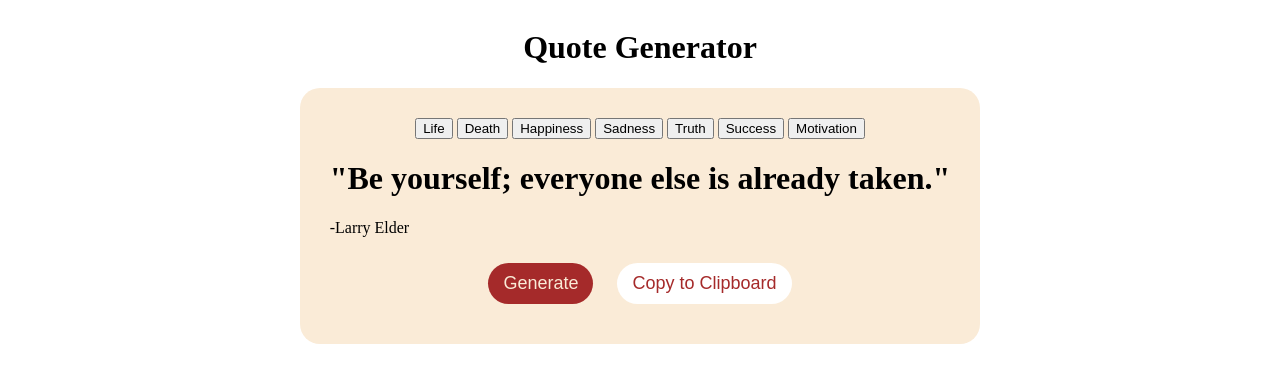
Repository: moehaymanmyint/Random-Quote-Generator
Page: index.html
An editor plug-in stored every save of this project. The page is shown before and after the next save, followed by the edit.
The browser window is 1280 px wide. The pictures show the whole page.

Above is the page before, as saved 2024-11-05 22:22:26.

### index.html
<!DOCTYPE html>
<html lang="en">
<head>
    <meta charset="UTF-8">
    <meta name="viewport" content="width=device-width, initial-scale=1.0">
    <title>Quote Generator</title>
    <link rel="stylesheet" href="style.css">
</head>
<body>
    <div class="container">
        <h1>Quote Generator</h1>
        <div class="quote-box">
            <div class="category">
                <input type="button" value="Life">
                <input type="button" value="Death">
                <input type="button" value="Happiness">
                <input type="button" value="Sadness">
                <input type="button" value="Truth">
                <input type="button" value="Success">
                <input type="button" value="Motivation">
            </div>
            <div class="quote">
                <h1>"Be yourself; everyone else is already taken."</h1>
                <p>-Larry Elder</p>
            </div>
            <div class="btn">
                <button class="generate-btn">Generate</button>
                <button class="copy-btn">Copy to Clipboard</button>
            </div>
        </div>
    </div>
</body>
</html>

### style.css
.container{
    display: flex;
    flex-direction: column;
    align-items: center;
}

.quote-box{
    background-color: antiquewhite;
    padding: 30px;
    display: flex;
    flex-direction: column;
    align-items: center;
    border-radius: 20px;
}

.generate-btn{
    padding: 10px 15px;
    border: none;
    border-radius: 40px;
    background-color: brown;
    color: antiquewhite;
    margin: 10px;
    cursor: pointer;
    font-size: 18px;
}

.copy-btn{
    padding: 10px 15px;
    border: none;
    border-radius: 40px;
    background-color: white;
    color: brown;
    margin: 10px;
    cursor: pointer;
    font-size: 18px;
}

After the next save:
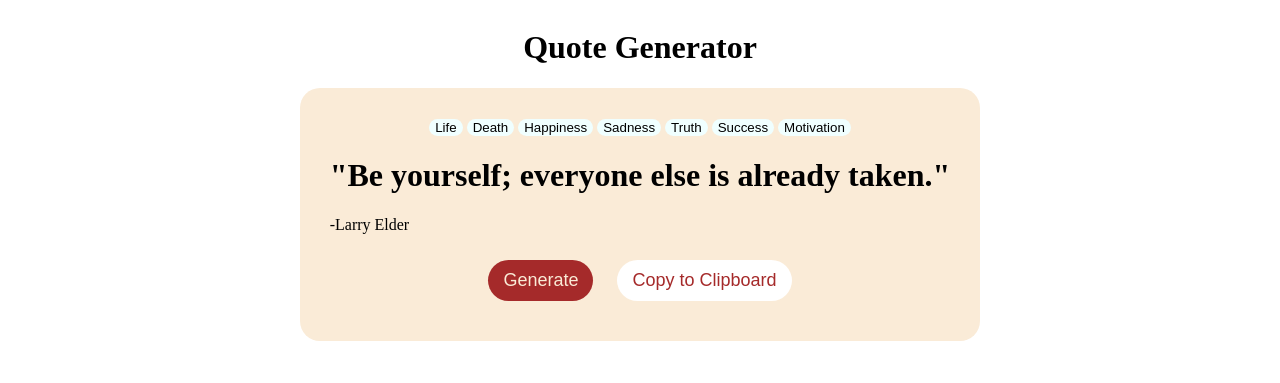
Saved 76 s later.
--- a/style.css
+++ b/style.css
@@ -34,3 +34,9 @@
     cursor: pointer;
     font-size: 18px;
 }
+
+input{
+    background-color: azure;
+    border: none;
+    border-radius: 45px;
+}
